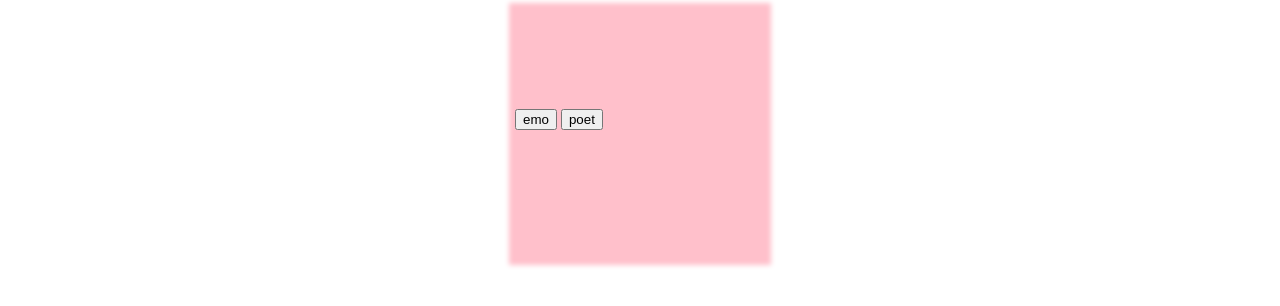
Repository: Bluesouls/eliauk.github.io
Page: Ajax学习笔记/day01/code/index.html
An editor plug-in stored every save of this project. The page is shown before and after the next save, followed by the edit.
The browser window is 1280 px wide. The pictures show the whole page.

Above is the page before, as saved 2022-04-24 16:18:37.

### Ajax学习笔记/day01/code/index.html
<!DOCTYPE html>
<html lang="en">
<head>
  <meta charset="UTF-8">
  <meta http-equiv="X-UA-Compatible" content="IE=edge">
  <meta name="viewport" content="width=device-width, initial-scale=1.0">
  <title>Document</title>
  <script src="https://unpkg.com/axios/dist/axios.min.js"></script>
  <style>
    .box{
      width: 250px;
      height: 250px;
      border: 1px solid pink;
      background: pink;
      box-shadow: 0px 0 5px 5px pink;
      color: white;
      margin: 0 auto;
      top: 10px;
    }
    .content{
      padding: 50px;
    }

  </style>
</head>
<body>
  <div class="box">
    <div class="content"></div>
    <button onclick="change()">emo</button>
    <button onclick="change2()">poet</button>
  </div>

  <script>
    var content = document.querySelector('.content');
      function change(){
      const info = axios({
        method: 'GET',
        url: 'https://xl.xilinglaoshi.com:8001/fenshou'
      }).then(function(result){
          // box.value = result.data.content
          // console.log(result.data.data[0].content)
          content.innerHTML = result.data.data[0].content
      })
    }
    function change2(){
      axios({
        method:'POST',
        url:'https://xl.xilinglaoshi.com:8001/qingshi'
      }).then(function(result){
        console.log(result)
      })
    }

  </script>
</body>
</html>

After the next save:
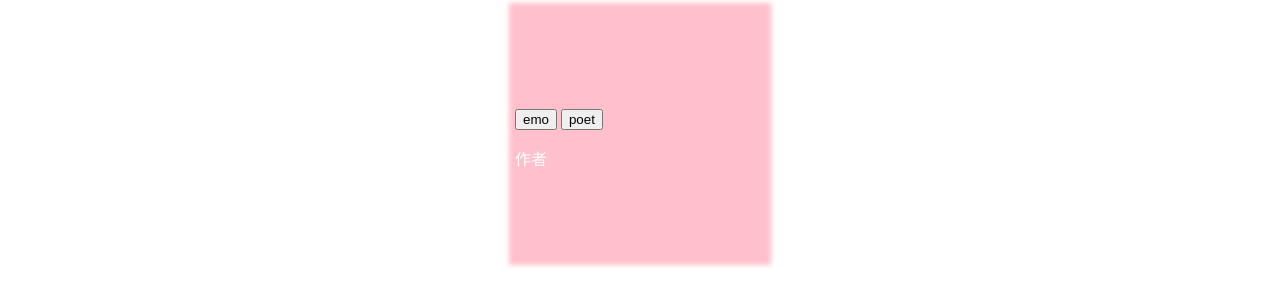
Saved 59 s later.
--- a/Ajax学习笔记/day01/code/index.html
+++ b/Ajax学习笔记/day01/code/index.html
@@ -28,6 +28,7 @@
     <div class="content"></div>
     <button onclick="change()">emo</button>
     <button onclick="change2()">poet</button>
+    <p>作者</p>
   </div>
 
   <script>
